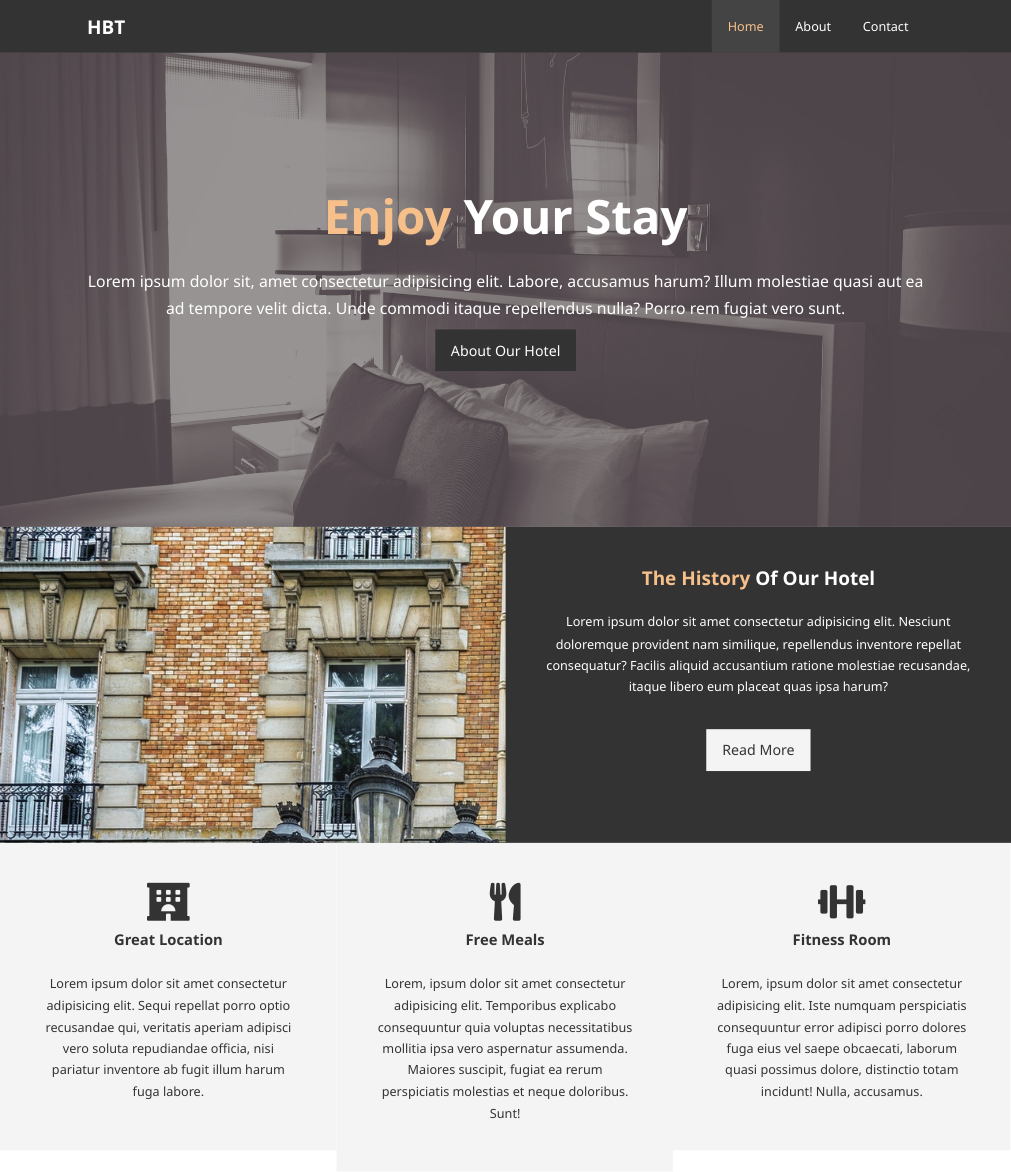
Repository: minhtien9/hotel-website
Page: index.html
The author's editor kept a copy of each file at every save. The page is drawn from the files as they stood at one save, then again after the next save.
The browser window is 1280 px wide. The pictures show the whole page, at 79% of full size.

Above is the page before, as saved 2021-08-14 17:58:08.

After the next save:
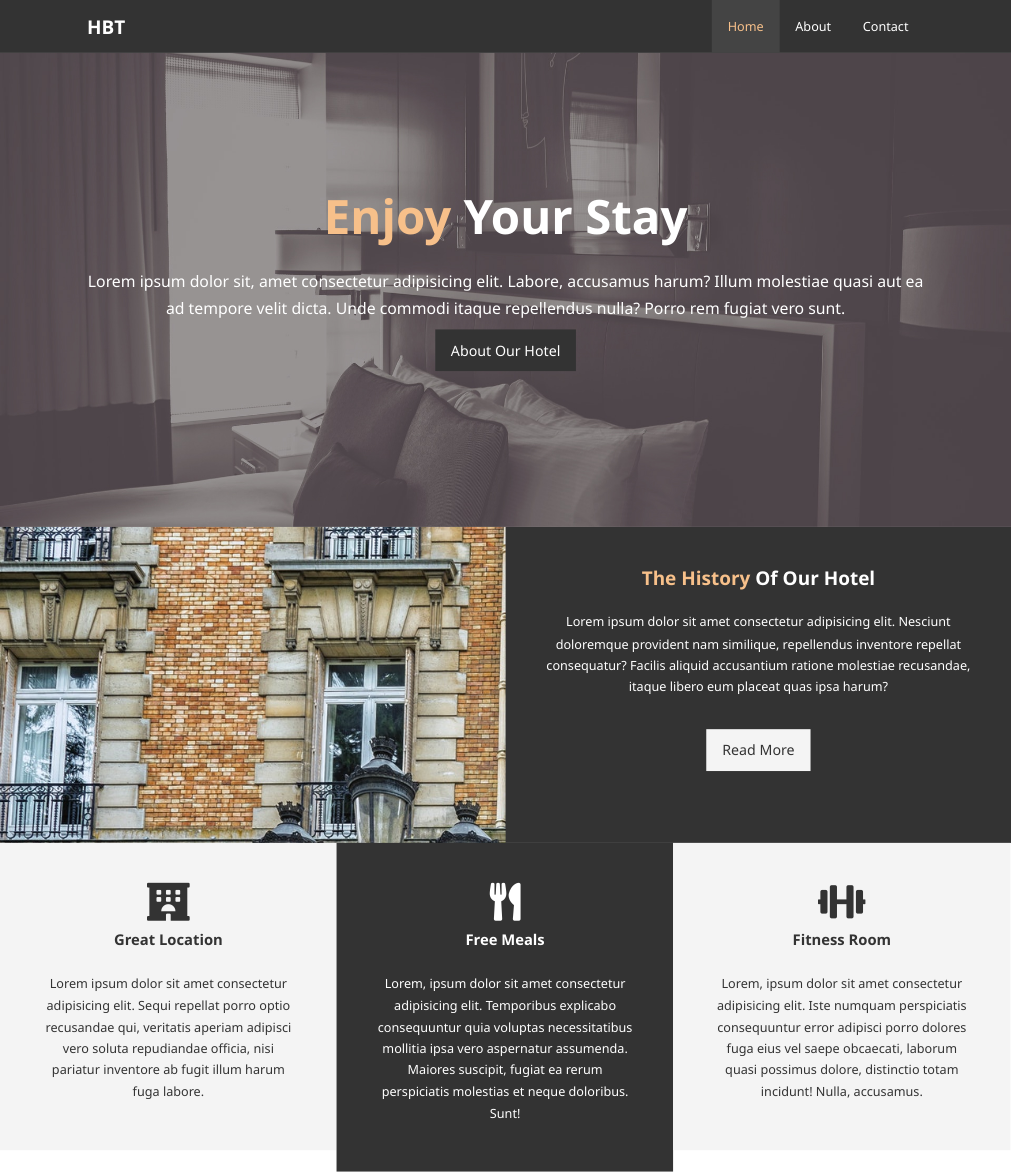
Saved 6 s later.
--- a/index.html
+++ b/index.html
@@ -57,7 +57,7 @@
                 Lorem ipsum dolor sit amet consectetur adipisicing elit. Sequi repellat porro optio recusandae qui, veritatis aperiam adipisci vero soluta repudiandae officia, nisi pariatur inventore ab fugit illum harum fuga labore.
             </p>
         </div>
-        <div class="box bg-light">
+        <div class="box bg-dark">
             <i class="fas fa-utensils fa-3x"></i>
             <h3>Free Meals</h3>
             <p>
